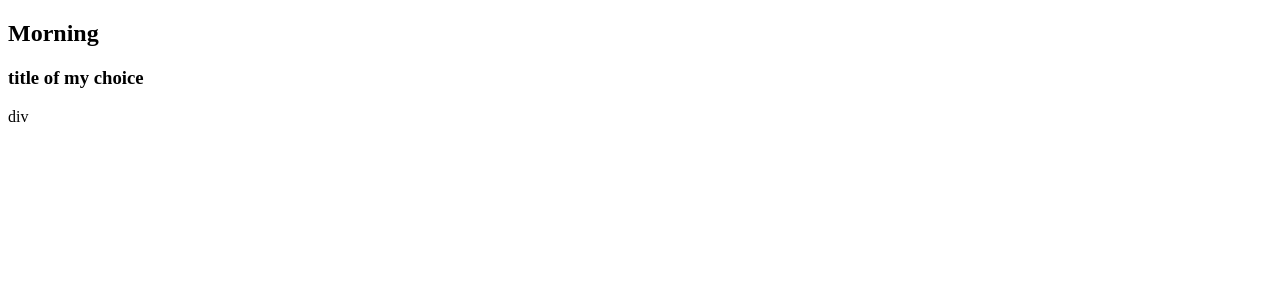
Repository: chocochocosensei/Mission-Exercises
Page: page3/index.html
The author's editor kept a copy of each file at every save. The page is drawn from the files as they stood at one save, then again after the next save.
The browser window is 1280 px wide. The pictures show the whole page.

Above is the page before, as saved 2020-03-09 10:43:59.

### page3/index.html
<!DOCTYPE html>
<html lang="en">

<head>
    <meta charset="UTF-8" />
    <meta name="viewport" content="width=device-width, initial-scale=1.0" />
    <title>My Diary Page 3</title>
</head>

<body>
    <section>
        <div class="section-title">
            <h2>Morning</h2>
        </div>
        <div class="section-activity">
            <div class="class">
                <div class="title">
                    <h3>title of my choice</h3>
                </div>
                div
            </div>
            <div class="class"></div>
            <div class="class"></div>
        </div>
    </section>
</body>

</html>

After the next save:
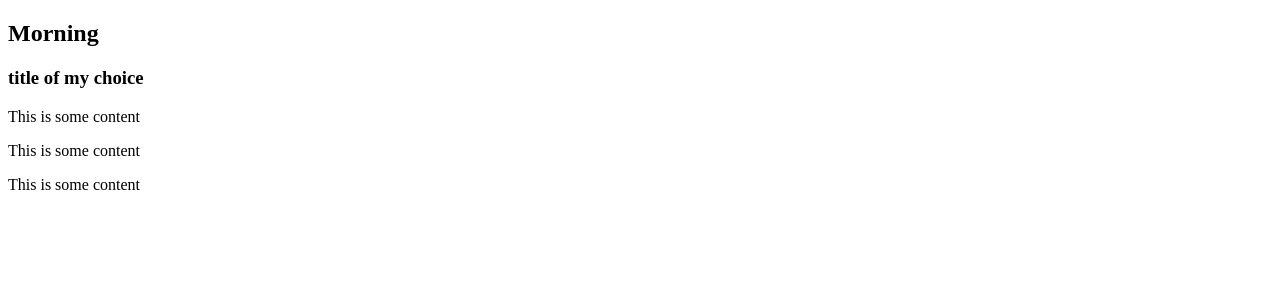
Saved 31 min 21 s later.
--- a/page3/index.html
+++ b/page3/index.html
@@ -17,10 +17,23 @@
                 <div class="title">
                     <h3>title of my choice</h3>
                 </div>
-                div
+                <div class="content">
+                    <p>This is some content</p>
+                </div>
             </div>
-            <div class="class"></div>
-            <div class="class"></div>
+            <div class="class">
+                <div class="content">
+                    <p>This is some content</p>
+                </div>
+
+            </div>
+            <div class="class">
+
+                <div class="content">
+                    <p>This is some content</p>
+                </div>
+
+            </div>
         </div>
     </section>
 </body>
